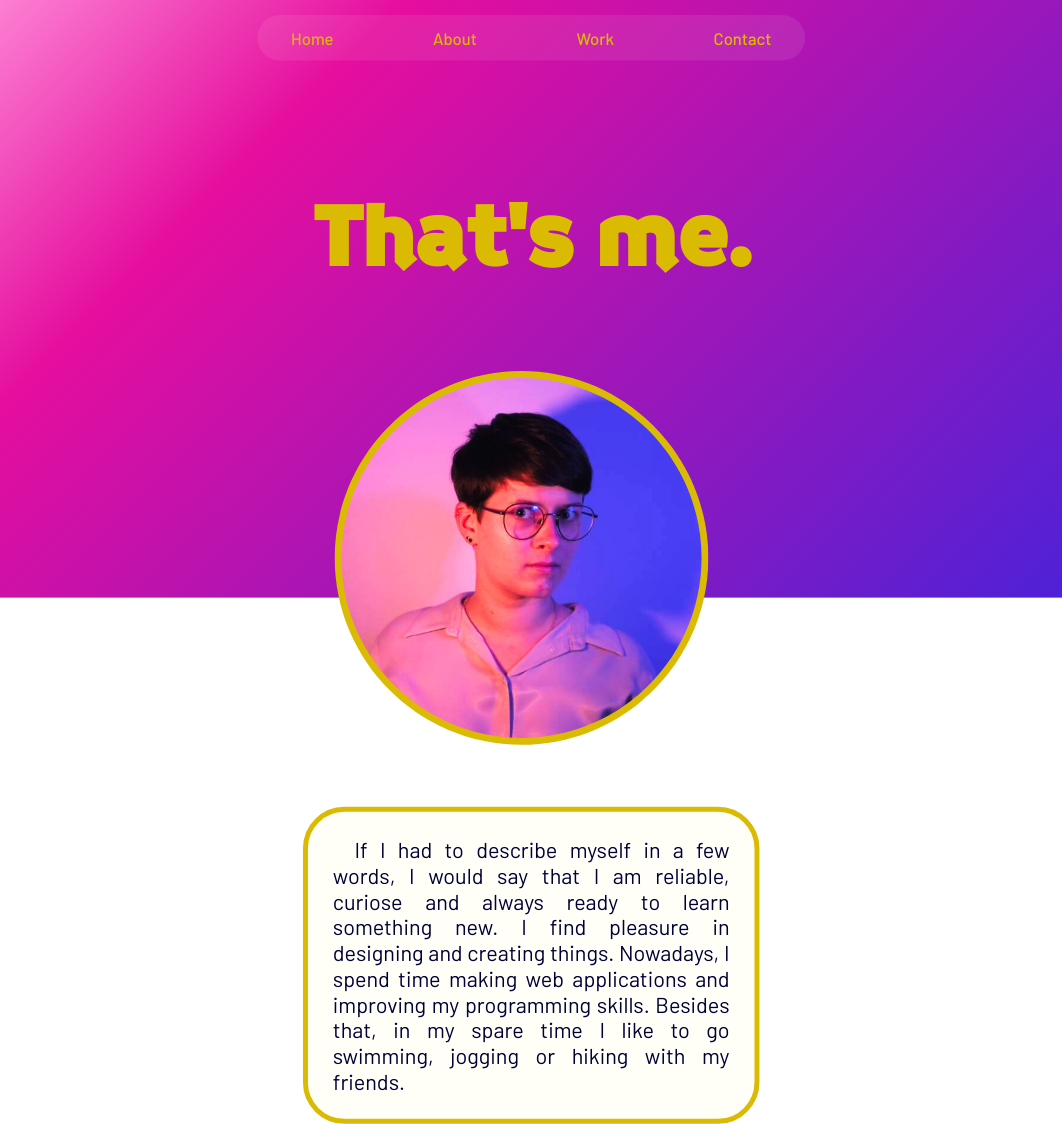
Repository: JJonka/portfolio_site
Page: /about
The author's editor kept a copy of each file at every save. The page is drawn from the files as they stood at one save, then again after the next save.
The browser window is 1280 px wide. The pictures show the whole page, at 83% of full size.
The project was rebuilt for these pictures with package versions that can differ from the ones it lists, and the page was loaded fresh each time. Also part of the build but not shown: vite.config.ts, src/pages/HomePage.tsx, src/components/LogoIcon.module.scss, src/components/LogoIcon.tsx, src/pages/Contact.tsx, src/pages/Work.module.scss, src/pages/Work.tsx.

Above is the page before, as saved 2023-10-08 16:11:41.

After the next save:
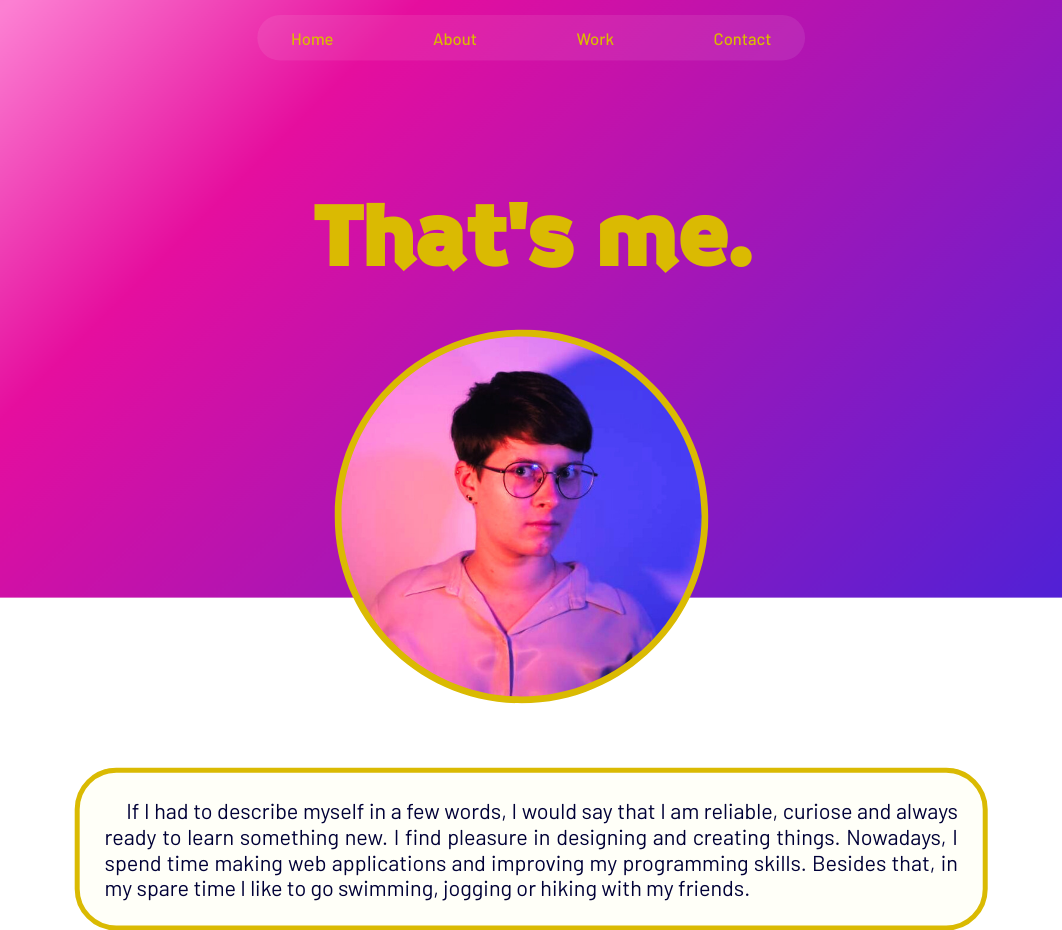
Saved 3 min 8 s later.
--- a/src/pages/About.tsx
+++ b/src/pages/About.tsx
@@ -7,17 +7,18 @@ const About = () => {
         <div className={styles.card}>
             <Menu></Menu>
             <div className={styles.container}>
-                <h1 className={styles.header}>That's me.</h1>
-                <img src="/src/assets/jj.svg" className={styles.image} alt="Jo_pic"></img>
-                <div className={styles.text}>
-                    <div className={styles.box}>
-                        <p className={styles.aboutMe}>&emsp;If I had to describe myself in a few words, I would say that I am reliable,
-                            curiose and always ready to learn something new. I find pleasure in designing and creating things. Nowadays,
-                            I spend time making web applications and improving my programming skills. Besides that, in my spare time
-                            I like to go swimming, jogging or hiking with my friends.
-                        </p>
-                    </div>
+                <div className={styles.headerPic}>
+                    <h1 className={styles.header}>That's me.</h1>
+                    <img src="/src/assets/jj.svg" className={styles.image} alt="Jo_pic"></img>
                 </div>
+                <div className={styles.box}>
+                    <p className={styles.aboutMe}>&emsp;If I had to describe myself in a few words, I would say that I am reliable,
+                        curiose and always ready to learn something new. I find pleasure in designing and creating things. Nowadays,
+                        I spend time making web applications and improving my programming skills. Besides that, in my spare time
+                        I like to go swimming, jogging or hiking with my friends.
+                    </p>
+                </div>
+
 
             </div>
             <EndOfSection></EndOfSection>
